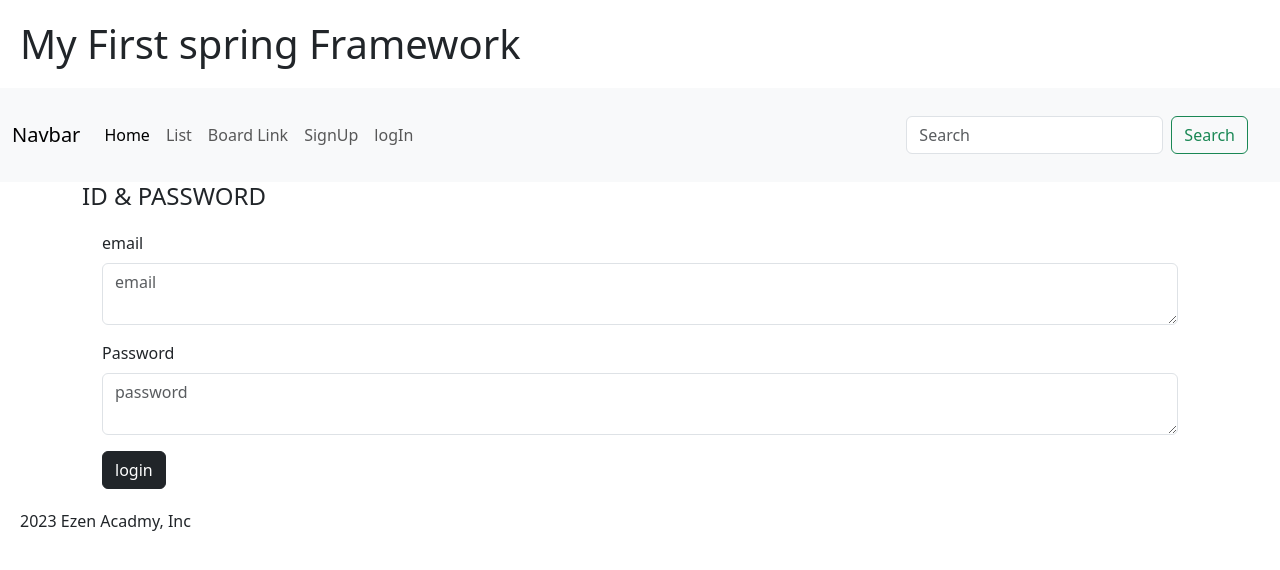
Repository: fbsrb458/link
Page: http://localhost/springProject/WEB-INF/views/member/login.jsp
The author's editor kept a copy of each file at every save. The page is drawn from the files as they stood at one save, then again after the next save.
The browser window is 1280 px wide. The pictures show the whole page.
The page is served by Tomcat 9. Nobody is signed in. Other server files are loaded and not shown. The template is opened directly, without the code that normally fills it, so the values that code supplies are empty.

Above is the page before, as saved 2023-10-30 10:52:51.
Console error: TypeError: Cannot read properties of null (reading 'addEventListener')

### springProject/src/main/webapp/WEB-INF/views/member/login.jsp
<%@ page language="java" contentType="text/html; charset=UTF-8"
    pageEncoding="UTF-8"%>
     <%@ taglib uri="http://java.sun.com/jsp/jstl/core" prefix="c" %>
<!DOCTYPE html>
<html>
<head>
<meta charset="UTF-8">
<title>Insert title here</title>
<link href="https://cdn.jsdelivr.net/npm/bootstrap@5.3.1/dist/css/bootstrap.min.css" rel="stylesheet" integrity="sha384-4bw+/aepP/YC94hEpVNVgiZdgIC5+VKNBQNGCHeKRQN+PtmoHDEXuppvnDJzQIu9" crossorigin="anonymous">
<script src="https://cdn.jsdelivr.net/npm/bootstrap@5.3.1/dist/js/bootstrap.bundle.min.js" integrity="sha384-HwwvtgBNo3bZJJLYd8oVXjrBZt8cqVSpeBNS5n7C8IVInixGAoxmnlMuBnhbgrkm" crossorigin="anonymous"></script>
</head>
<body>
<jsp:include page="../common/header.jsp" />
<jsp:include page="../common/nav.jsp" />
<div class="container">
<h4 class="mb-3">	ID & PASSWORD	</h4>
<form action="/member/login" method="post" >
		<div class="mb-3">
		  <label for="e" class="form-label">email</label>
		  <textarea type="text" class="form-control" name="email" id="e" placeholder="email"></textarea>
		</div>
		<div class="mb-3">
		  <label for="p" class="form-label">Password</label>
		  <textarea type="password" class="form-control" name="pwd" id="p" placeholder="password"></textarea>
		</div>
		<c:if test="${not empty param.errMsg }">	<!-- empty 비였는지 안비였는지 체크 -->
			<div class="text-danger mb-3">
			<c:choose>
				<c:when test="${param.errMsg eq 'Bad credentials' }">
					<c:set var="errText" value="이메일 & 비밀번호가 일치하지 않습니다."></c:set>
				</c:when>
				<c:otherwise>
					<c:set var="errText" value="이메일을 확인해주세요"></c:set>
				</c:otherwise>
			</c:choose>

			${errText }

			</div>
		</c:if>

		<button type="submit" class="btn btn-dark" id="regBtn">login</button>

</form>
</div>



</body>
<jsp:include page="../common/footer.jsp" />
</html>

### springProject/src/main/webapp/WEB-INF/views/common/header.jsp
<%@ page language="java" contentType="text/html; charset=UTF-8"
    pageEncoding="UTF-8"%>
    <%@ taglib uri="http://java.sun.com/jsp/jstl/core" prefix="c" %>
<!DOCTYPE html>
<html>
<head>

<meta charset="UTF-8">
<title>Insert title here</title>
<style type="text/css">
h1,p,h3,form{
margin: 20px
}</style>
</head>
<body>


<h1>My First spring Framework</h1>



</body>
</html>

### springProject/src/main/webapp/WEB-INF/views/common/nav.jsp
<%@ page language="java" contentType="text/html; charset=UTF-8"
    pageEncoding="UTF-8"%>
    <%@ taglib uri="http://java.sun.com/jsp/jstl/core" prefix="c" %>
    <%@ taglib uri="http://www.springframework.org/security/tags" prefix="sec" %>
<!DOCTYPE html>
<html>
<head>
<meta charset="UTF-8">
<title>Insert title here</title>
</head>
<body>
<header>
<nav class="navbar navbar-expand-lg bg-body-tertiary">
  <div class="container-fluid">
    <a class="navbar-brand" href="#">Navbar</a>
    <button class="navbar-toggler" type="button" data-bs-toggle="collapse" data-bs-target="#navbarSupportedContent" aria-controls="navbarSupportedContent" aria-expanded="false" aria-label="Toggle navigation">
      <span class="navbar-toggler-icon"></span>
    </button>
    <div class="collapse navbar-collapse" id="navbarSupportedContent">
      <ul class="navbar-nav me-auto mb-2 mb-lg-0">
        <li class="nav-item">
          <a class="nav-link active" aria-current="page" href="/">Home</a>
        </li>

        <li class="nav-item">
          <a class="nav-link" href="/board/list">List</a>
        </li>

        <li class="nav-item">
          <a class="nav-link" href="#">Board Link</a>
        </li>

        ${principal }
        <sec:authorize access="isAuthenticated()"> <!-- authorize :   isAuthenticated : 자기 권한에 맞게 따라간다.-->
        <!-- 현재 인증한 사용자의 정보를 가져와서 해당 권한이 있는 케이스를 open  -->
        <!-- 사용자 정보는 principal -->
        <sec:authentication property="principal.mvo.email" var="duthEmail"/>
        <sec:authentication property="principal.mvo.nickName" var="authNick"/>
        <sec:authentication property="principal.mvo.authlist" var="auths"/>

        <c:choose>
        	<c:when test=" ${auths.stream().anyMatch(authVO -> authVO.auth.equals('ROLE_ADMIN')).get() }">
       		<!-- admin 계정만 할 수 있는 일을 처리 -->
       		<li class="nav-item">
       			<a class="nav-line" href="/member/list">${authNick }(${authEmail})</a>
       		</li>
			</c:when>
			<c:otherwise>
		    <li class="nav-item">
		 	  <a class="nav-line" href="/member/detail?email=${authEamil }">${authNick }(${authEmail})</a>
	  	    </li>

	  		<li class="nav-item">
	          <a class="nav-link" href="/board/register">Board Reg</a>
	        </li>
			</c:otherwise>
		</c:choose>

        <!-- 로그인해야 open 되는 메뉴들... -->

       <li class="nav-item">
          <a class="nav-link" href="" id="logoutLink">logOut</a>
  	</li>
        <form action="/member/logout" method="post" id="logoutForm">
	        <input type="hidden" name="email" value="${authEmail }">
        </form>
  		 </sec:authorize>

         <li class="nav-item">
          <a class="nav-link" href="/member/register">SignUp</a>
        </li>

        <li class="nav-item">
          <a class="nav-link" href="/member/login">logIn</a>
        </li>





      </ul>
      <form class="d-flex" role="search">
        <input class="form-control me-2" type="search" placeholder="Search" aria-label="Search">
        <button class="btn btn-outline-success" type="submit">Search</button>
      </form>
    </div>
  </div>
</nav>
</header>
<script type="text/javascript">
document.getElementById('logoutLink').addEventListener('click', (e) => {
	e.preventDefault();
	document.getElementById('logoutForm').submit();
})

</script>
</body>
</html>

### springProject/src/main/webapp/WEB-INF/views/common/footer.jsp
<%@ page language="java" contentType="text/html; charset=UTF-8"
    pageEncoding="UTF-8"%>
    <%@ taglib uri="http://java.sun.com/jsp/jstl/core" prefix="c" %>
<!DOCTYPE html>
<html>
<head>

<meta charset="UTF-8">
<title>Insert title here</title>
</head>
<body>
<div>

	<p>2023 Ezen Acadmy, Inc</p>
</div>
</body>
</html>

After the next save:
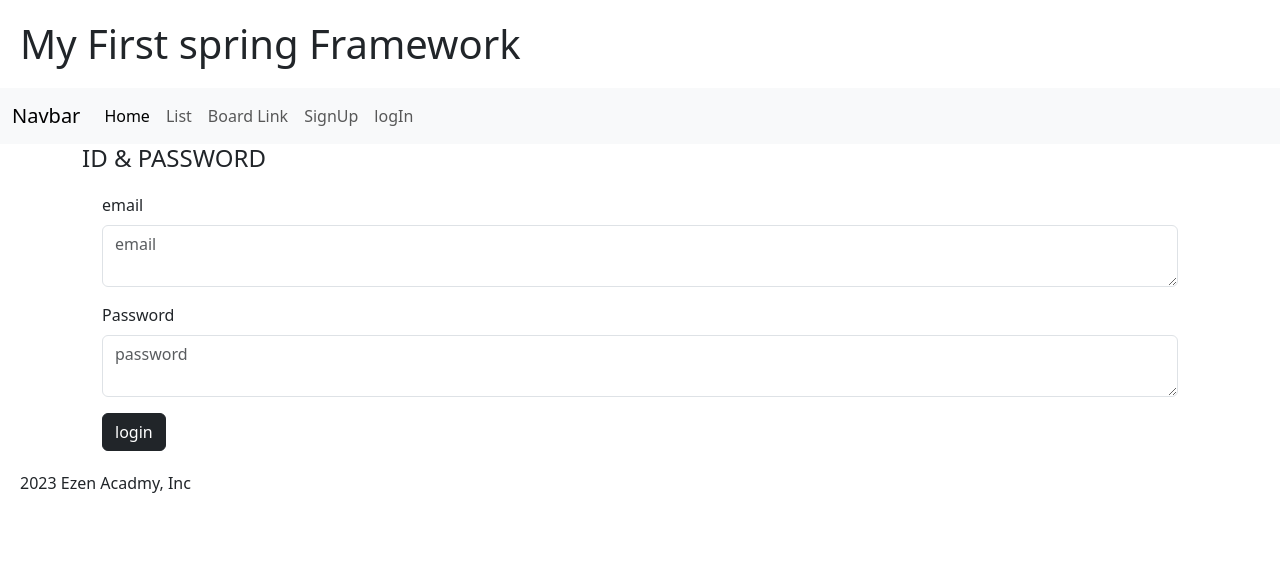
Saved 33 s later.
--- a/springProject/src/main/webapp/WEB-INF/views/common/nav.jsp
+++ b/springProject/src/main/webapp/WEB-INF/views/common/nav.jsp
@@ -79,10 +79,8 @@
 
 
       </ul>
-      <form class="d-flex" role="search">
-        <input class="form-control me-2" type="search" placeholder="Search" aria-label="Search">
-        <button class="btn btn-outline-success" type="submit">Search</button>
-      </form>
+
+
     </div>
   </div>
 </nav>
